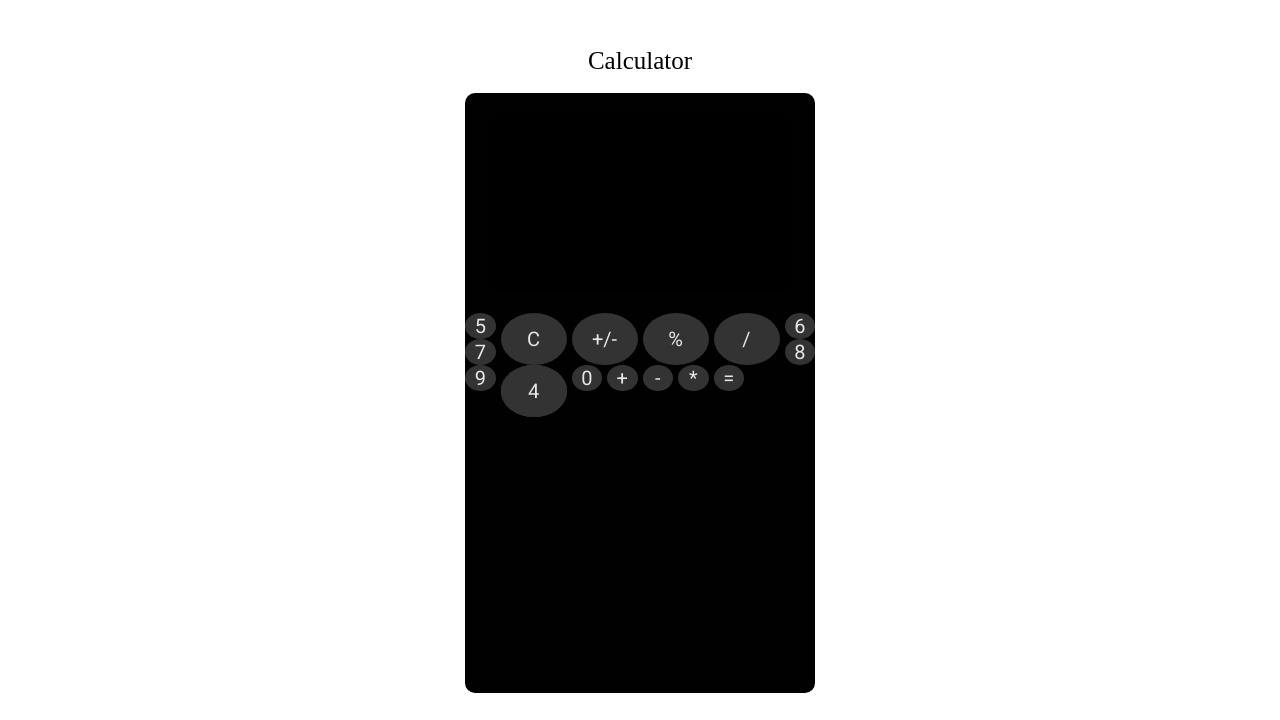
Repository: Gibon9/SimpleCalc
Page: index.html
These files come from the project's save history. The page is drawn as it stood at one moment and after the next save; the edit follows.
The browser window is 1280 px wide. The pictures show the whole page.
Some web fonts or font styles are not loaded; a fallback is used.

Above is the page before, as saved 2020-11-27 19:16:17.

After the next save:
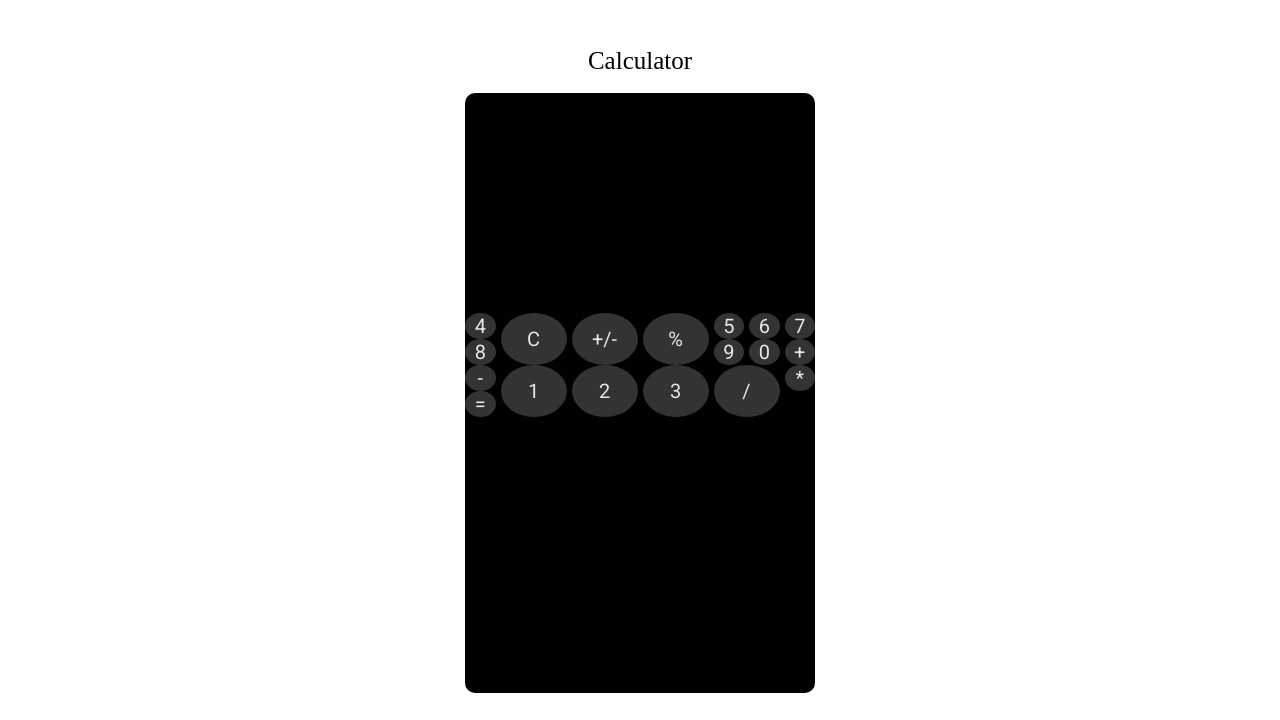
Saved 53 s later.
--- a/style/style.css
+++ b/style/style.css
@@ -90,16 +90,16 @@
 }
 
 .two-btn {
-  grid-column: 2/4;
+  grid-column: 4/6;
   grid-row: 3/5;
 }
 
 .three-btn {
-  grid-column: 2/4;
+  grid-column: 6/8;
   grid-row: 3/5;
 }
 
-.four-btn {
-  grid-column: 2/4;
+.divide-btn {
+  grid-column: 8/10;
   grid-row: 3/5;
 }
